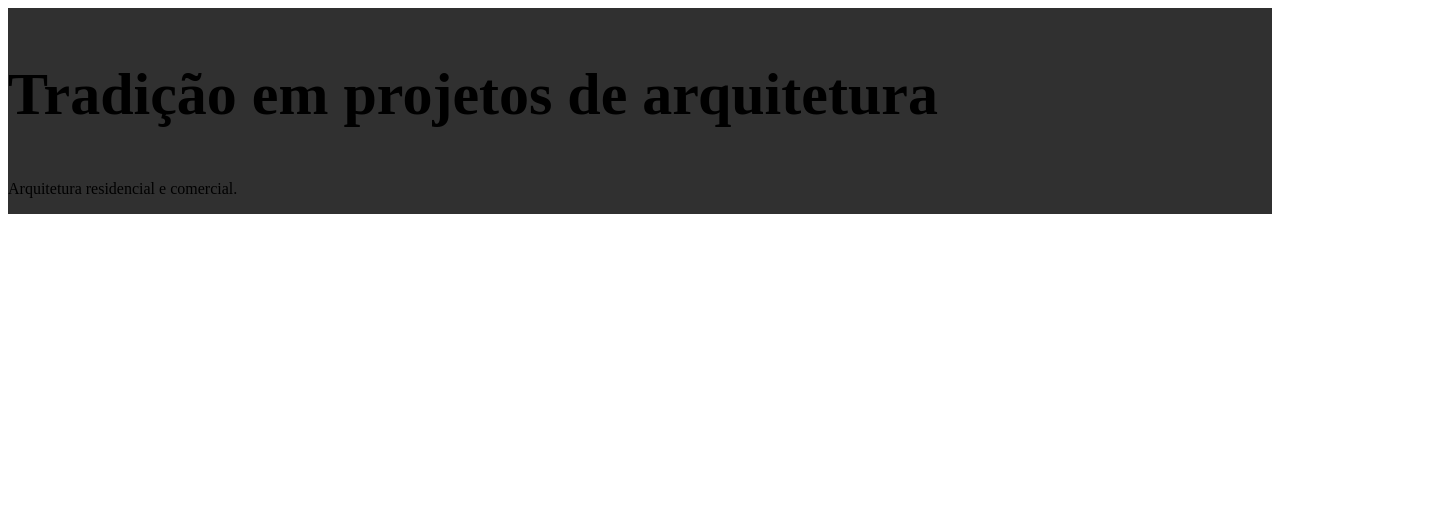
Repository: kleber-goncalves/RID196047_Desafio01
Page: index.html
The author's editor kept a copy of each file at every save. The page is drawn from the files as they stood at one save, then again after a run of saves.
The browser window is 1280 px wide. The page is 1280 px wide, then 1448 px, so the pictures cover 1448 px, including what lies to the right of the window. The pictures show the whole page.

Above is the page before, as saved 2024-12-18 16:17:52.

### index.html
<!DOCTYPE html>
<html lang="pt-br">
  <head>
    <meta charset="UTF-8" />
    <meta name="viewport" content="width=device-width, initial-scale=1.0" />
    <title>RID196047_Desafio01</title>
    <link rel="stylesheet" href="style.css" />
  </head>
  <body class="conteiner">
    <section class="conteiner" id="topo">
      <div>
        <h1 id="txt-topo">Tradição em projetos de arquitetura</h1>
        <p>Arquitetura residencial e comercial.</p>
      </div>
    </section>
  </body>
</html>

### style.css
.conteiner {
  box-sizing: border-box;
  display: grid;
  grid-auto-flow: column;
  grid-auto-columns: 1fr;
}

#topo {
  background-color: #303030;
  display: flex;
  align-items: center;
}

#txt-topo {
  font-size: 60px;
  font-style: normal;
  font-weight: 600;
  line-height: 72px;
}

After the next 2 saves:
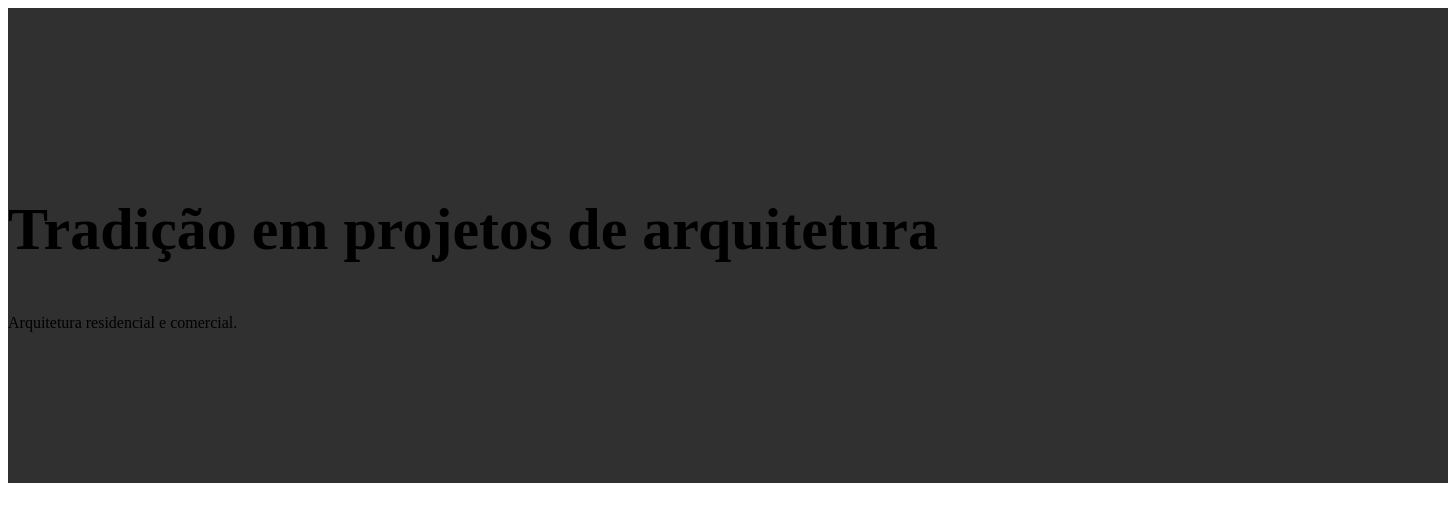
The 2 saves are shown as one change because they came seconds apart.
The last was saved 89 s later.
--- a/style.css
+++ b/style.css
@@ -9,6 +9,8 @@
   background-color: #303030;
   display: flex;
   align-items: center;
+  width: 1440px;
+  height: 475px;
 }
 
 #txt-topo {
